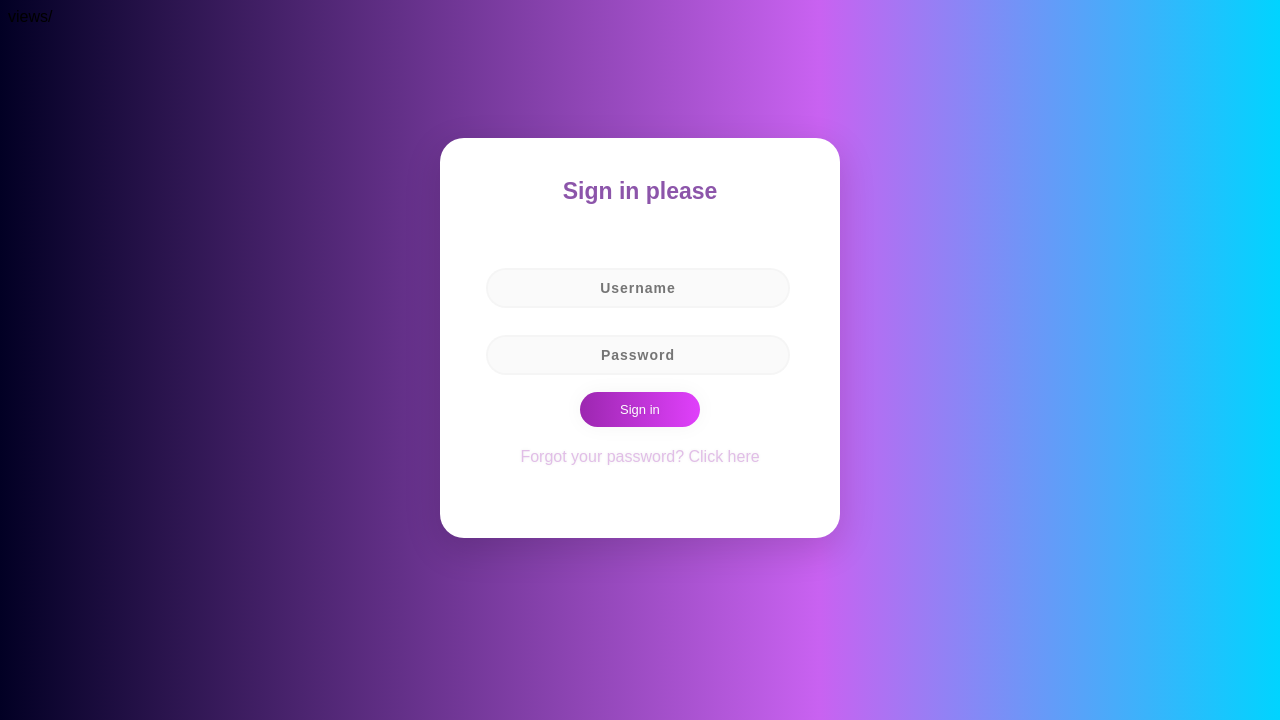
Repository: bettercallsully/MindoverMatterCorp
Page: login.html
The author's editor kept a copy of each file at every save. The page is drawn from the files as they stood at one save, then again after a run of saves.
The browser window is 1280 px wide. The pictures show the whole page.

Above is the page before, as saved 2021-03-04 21:32:28.

After the next 2 saves:
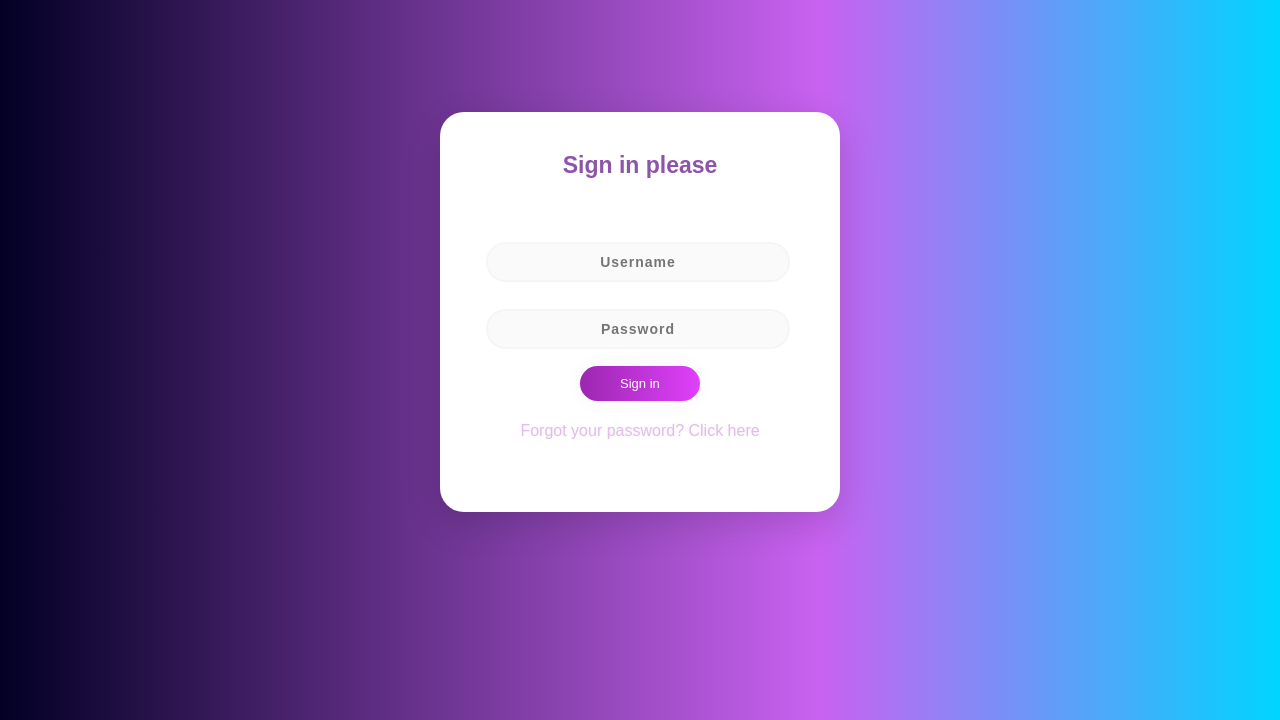
The 2 saves are shown as one change because they came seconds apart.
The last was saved 15 s later.
--- a/login.html
+++ b/login.html
@@ -1,5 +1,6 @@
 <html>
-views/
+<views>
+<login></login>
 <head>
   <link rel="stylesheet" href="login.js"
   <link rel="shortcut icon" type="image/x-icon" href="/public/img/logo.png">

After the save that followed:
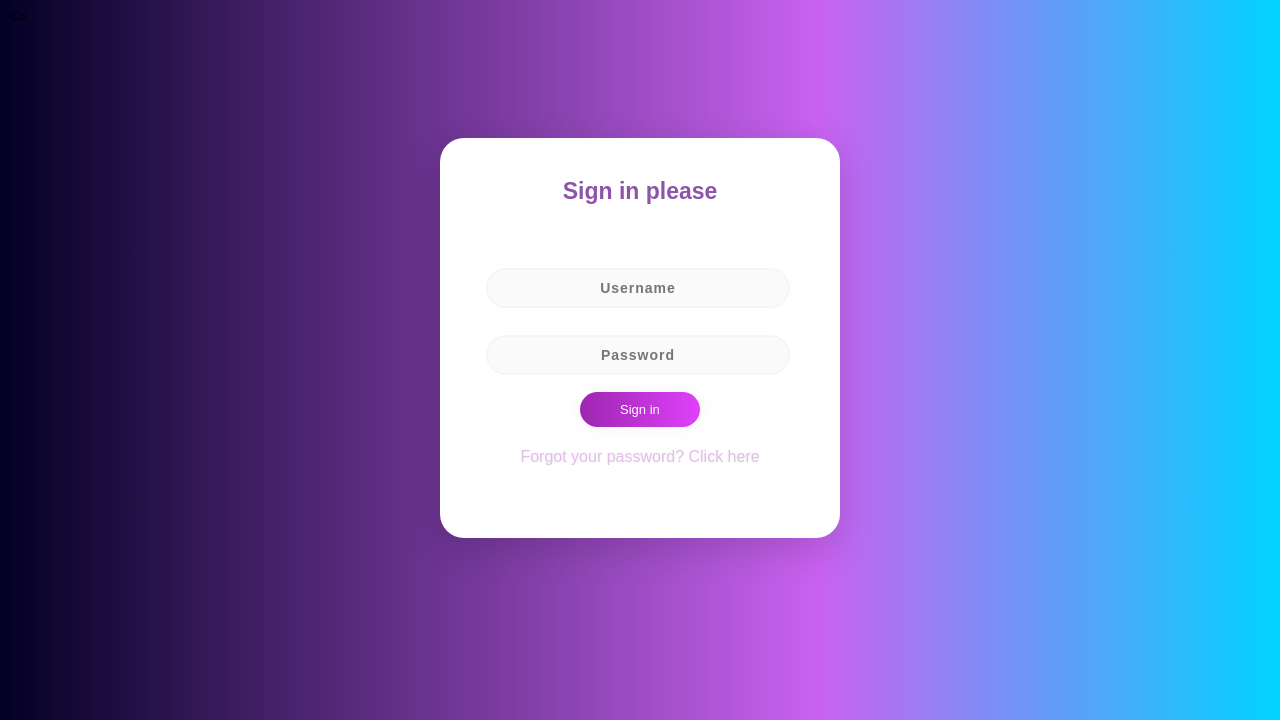
Saved 5 s later.
--- a/login.html
+++ b/login.html
@@ -1,6 +1,6 @@
 <html>
 <views>
-<login></login>
+<>
 <head>
   <link rel="stylesheet" href="login.js"
   <link rel="shortcut icon" type="image/x-icon" href="/public/img/logo.png">
